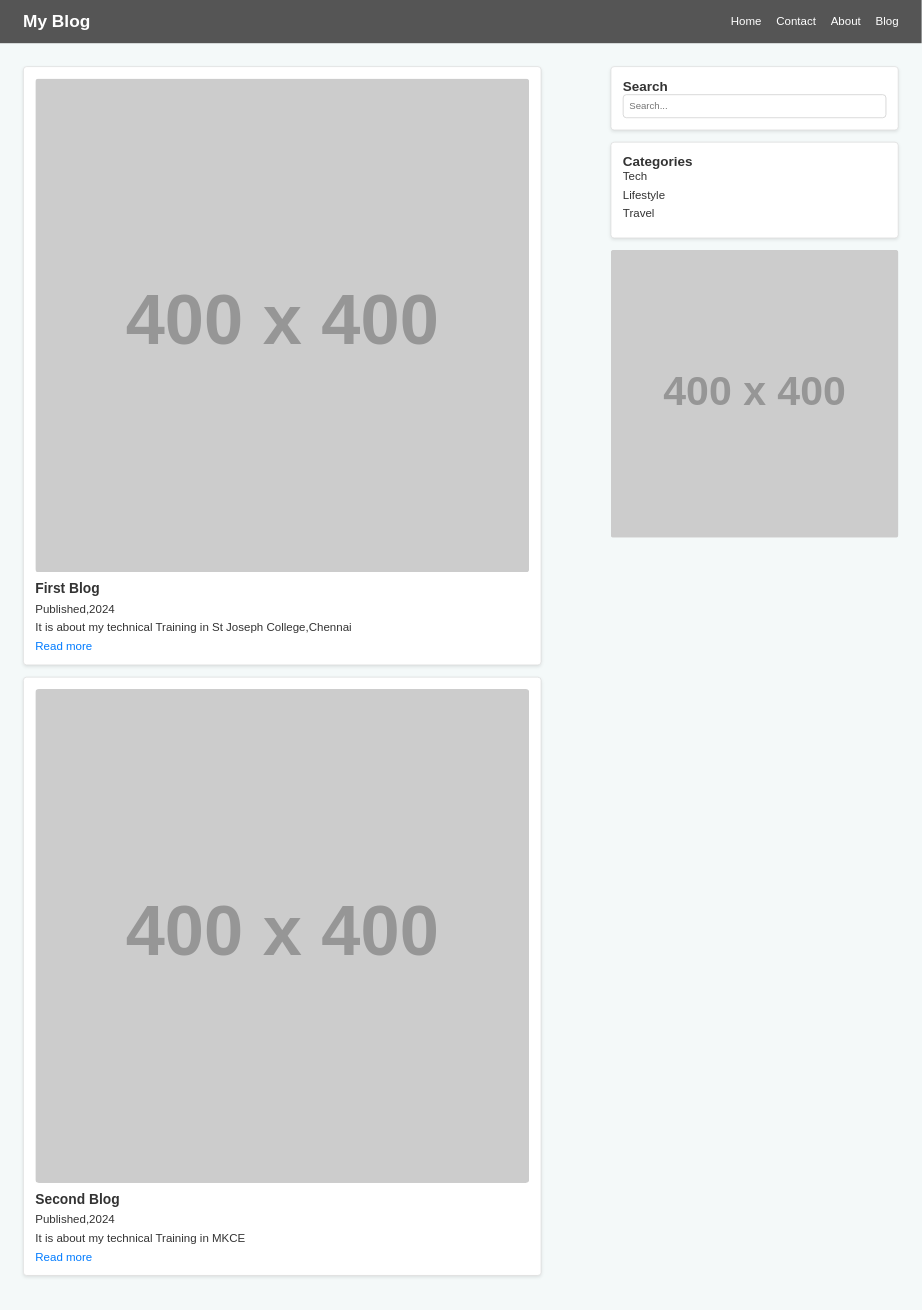
Repository: obusakthi539/Loginform
Page: Myblog.html
The author's editor kept a copy of each file at every save. The page is drawn from the files as they stood at one save, then again after the next save.
The browser window is 1280 px wide. The pictures show the whole page, at 72% of full size.

Above is the page before, as saved 2025-01-12 16:54:41.

### Myblog.html
<!DOCTYPE html>
<html lang="en">
<head>
    <meta charset="UTF-8">
    <meta name="viewport" content="width=device-width, initial-scale=1.0">
    <title>My Blog</title>
    <style>
        * {
            margin: 0;
            padding: 0;
            box-sizing: border-box;
            font-family: Arial, sans-serif;
        }

        body {
            background-color: #f4f9f9;
            color: #333;
        }

        header {
            background-color: #555;
            color: #fff;
            padding: 1rem 2rem;
            display: flex;
            justify-content: space-between;
            align-items: center;
        }

        header h1 {
            font-size: 1.5rem;
        }

        nav a {
            color: #fff;
            text-decoration: none;
            margin-left: 1rem;
        }

        nav a:hover {
            text-decoration: underline;
        }

        .container {
            display: flex;
            padding: 2rem;
        }

        .left-section {
            flex: 2;
            padding-right: 1rem;
        }

        .right-section {
            flex: 1;
        }

        .blog-card {
            background-color: #fff;
            border: 1px solid #ddd;
            border-radius: 5px;
            padding: 1rem;
            margin-bottom: 1rem;
            box-shadow: 0 2px 5px rgba(0, 0, 0, 0.1);
            transition: transform 0.3s, box-shadow 0.3s;
            width: 90%; /* Adjusted width */
        }

        .blog-card:hover {
            transform: translateY(-5px);
            box-shadow: 0 5px 15px rgba(0, 0, 0, 0.2);
        }

        .blog-card h2 {
            font-size: 1.2rem;
            margin-bottom: 0.5rem;
        }

        .blog-card p {
            margin-bottom: 0.5rem;
        }

        .blog-card a {
            color: #007bff;
            text-decoration: none;
        }

        .blog-card a:hover {
            text-decoration: underline;
        }

        .blog-image {
            width: 100%;
            border-radius: 5px;
            margin-bottom: 0.5rem;
        }

        .search-box, .categories {
            background-color: #fff;
            border: 1px solid #ddd;
            border-radius: 5px;
            padding: 1rem;
            margin-bottom: 1rem;
            box-shadow: 0 2px 5px rgba(0, 0, 0, 0.1);
            transition: transform 0.3s, box-shadow 0.3s;
        }

        .search-box:hover, .categories:hover {
            transform: translateY(-5px);
            box-shadow: 0 5px 15px rgba(0, 0, 0, 0.2);
        }

        .search-box input {
            width: 100%;
            padding: 0.5rem;
            border: 1px solid #ccc;
            border-radius: 5px;
        }

        .categories ul {
            list-style: none;
        }

        .categories ul li {
            margin-bottom: 0.5rem;
        }

        .categories ul li a {
            color: #333;
            text-decoration: none;
        }

        .categories ul li a:hover {
            text-decoration: underline;
        }

        .image-section {
            margin-top: 1rem;
        }

        .image-section img {
            width: 100%;
            border-radius: 5px;
        }

    </style>
</head>
<body>
    <header>
        <h1>My Blog</h1>
        <nav>
            <a href="#">Home</a>
            <a href="#">Contact</a>
            <a href="#">About</a>
            <a href="#">Blog</a>
        </nav>
    </header>

    <div class="container">
        <!-- Left Section -->
        <div class="left-section">
            <div class="blog-card">
                <img class="blog-image" src="https://via.placeholder.com/400" alt="First Blog Image">
                <h2>First Blog</h2>
                <p>Published,2024</p>
                <p>It is about my technical Training in St Joseph College,Chennai</p>
                <a href="#">Read more</a>
            </div>

            <div class="blog-card">
                <img class="blog-image" src="https://via.placeholder.com/400" alt="Second Blog Image">
                <h2>Second Blog</h2>
                <p>Published,2024</p>
                <p>It is about my technical Training in MKCE</p>
                <a href="#">Read more</a>
            </div>
        </div>

        <!-- Right Section -->
        <div class="right-section">
            <div class="search-box">
                <h3>Search</h3>
                <input type="text" placeholder="Search...">
            </div>

            <div class="categories">
                <h3>Categories</h3>
                <ul>
                    <li><a href="#">Tech</a></li>
                    <li><a href="#">Lifestyle</a></li>
                    <li><a href="#">Travel</a></li>
                </ul>
            </div>

            <div class="image-section">
                <img src="https://via.placeholder.com/400" alt="Blog Image">
            </div>
        </div>
    </div>
</body>
</html>

After the next save:
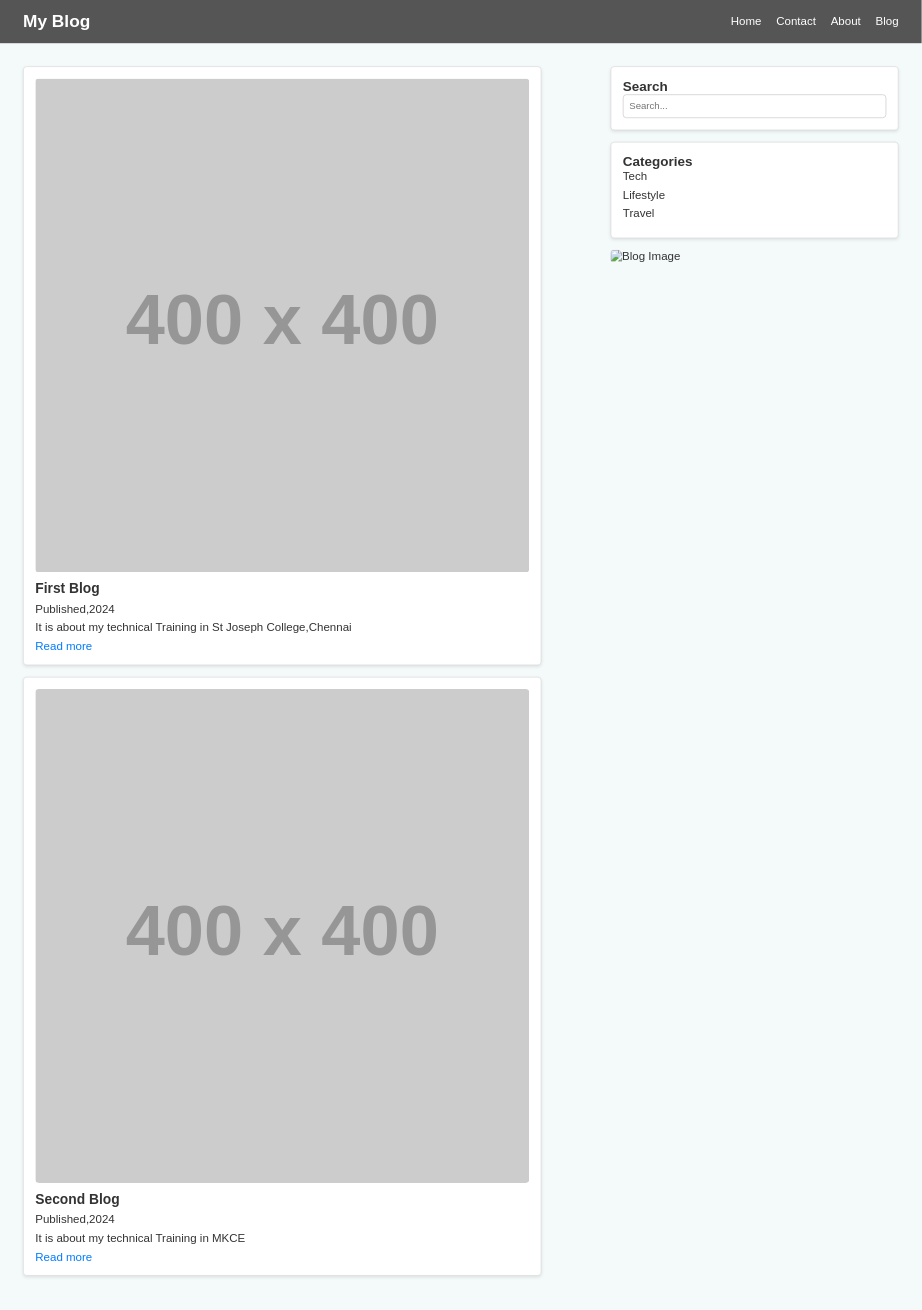
Saved 36 s later.
--- a/Myblog.html
+++ b/Myblog.html
@@ -192,7 +192,7 @@
             </div>
 
             <div class="image-section">
-                <img src="https://via.placeholder.com/400" alt="Blog Image">
+                <img src="" alt="Blog Image">
             </div>
         </div>
     </div>
